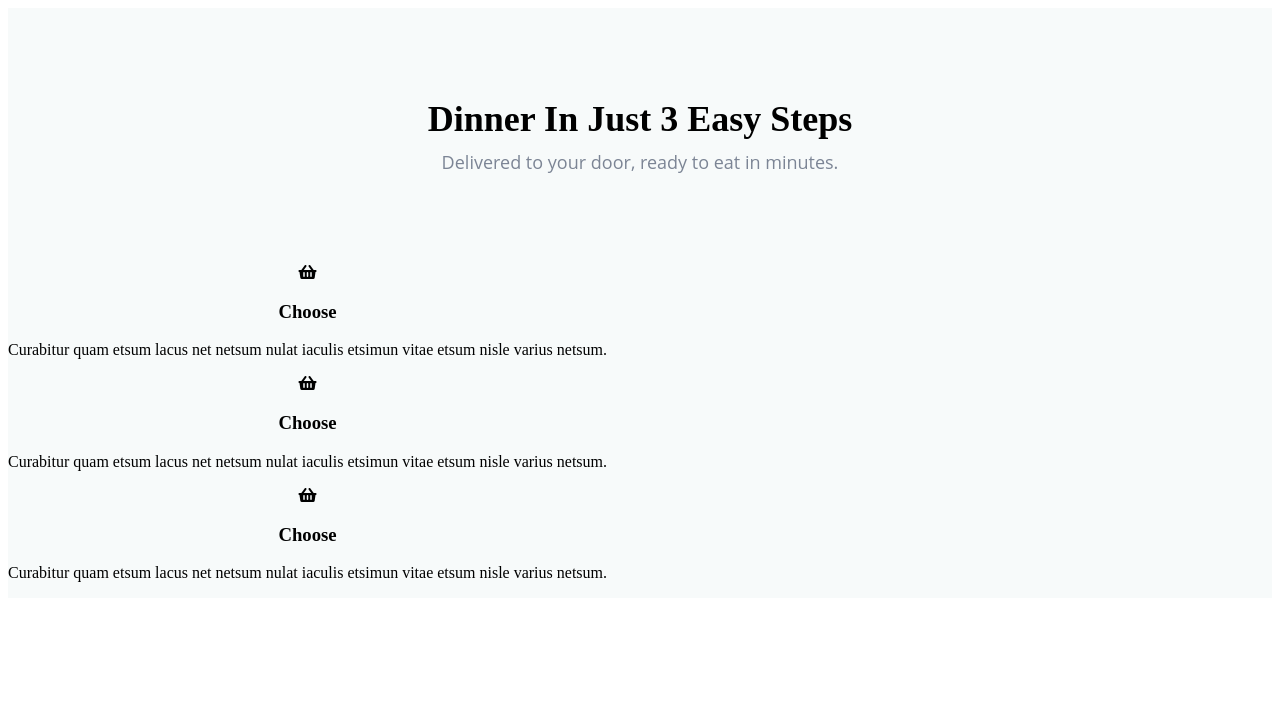
Repository: ST-United-Internship/leadpage
Page: icons-UI.html
The author's editor kept a copy of each file at every save. The page is drawn from the files as they stood at one save, then again after a run of saves.
The browser window is 1280 px wide. The pictures show the whole page.

Above is the page before, as saved 2023-03-15 09:58:13.

After the next 2 saves:
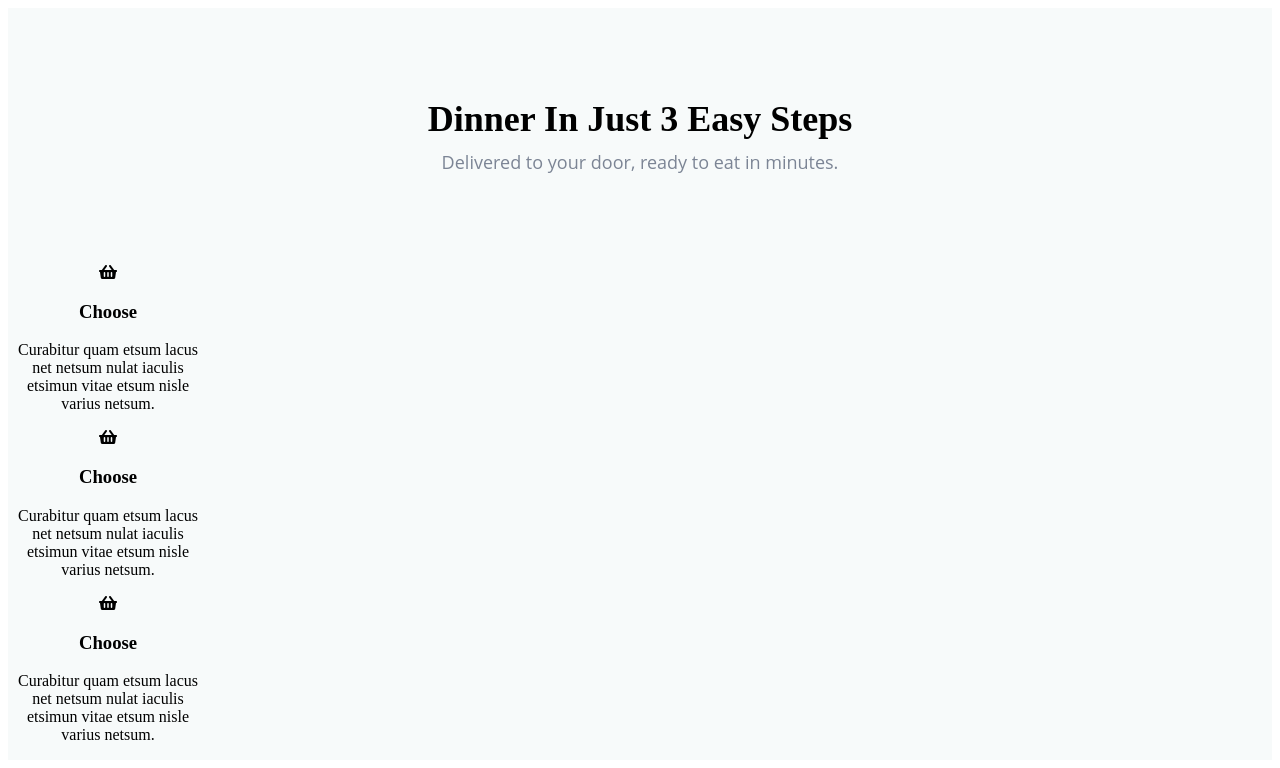
The 2 saves are shown as one change because they came seconds apart.
The last was saved 13 s later.
--- a/css/icons-UI.css
+++ b/css/icons-UI.css
@@ -25,7 +25,7 @@
 }
 
 .about .icons-warapper .main p{
-    text-align: justify;
+    width: 200px;
 }
 
 .about .icons-warapper .main{
